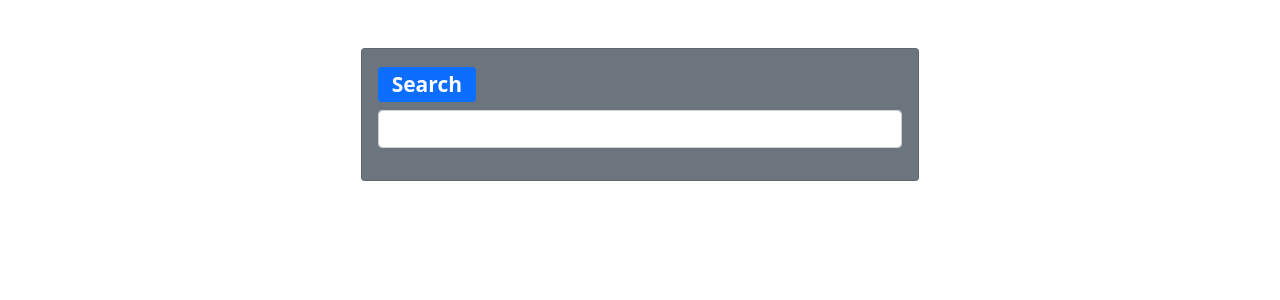
Repository: Hits-95/Spring
Page: http://localhost/SpringMVC_Search/home
The author's editor kept a copy of each file at every save. The page is drawn from the files as they stood at one save, then again after the next save.
The browser window is 1280 px wide. The pictures show the whole page.
The page is served by Tomcat 9.

Above is the page before, as saved 2021-04-10 07:03:12.

After the next save:
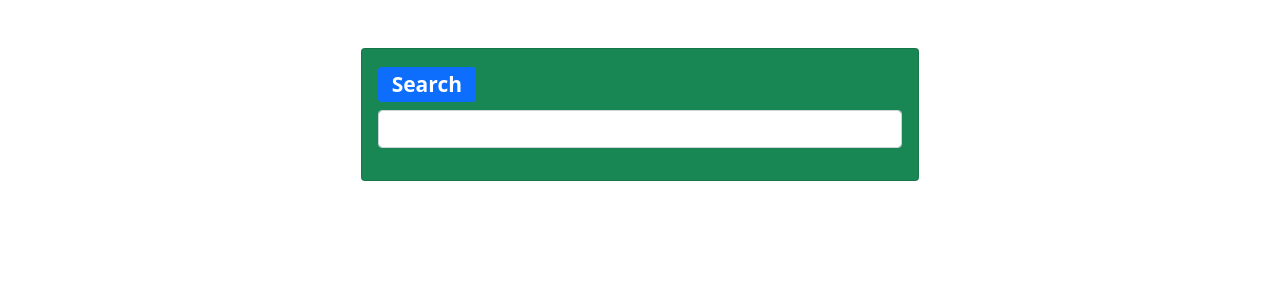
Saved 26 s later.
--- a/SpringMVC_Search/src/main/webapp/WEB-INF/views/home.jsp
+++ b/SpringMVC_Search/src/main/webapp/WEB-INF/views/home.jsp
@@ -9,7 +9,7 @@
 </head>
 <body>
 	<div class="container">
-		<div class="card mx-auto mt-5 bg-secondary" style="width: 50%;">
+		<div class="card mx-auto mt-5 bg-success" style="width: 50%;">
 			<!-- <img src="..." class="card-img-top" alt="..."> -->
 			<div class="card-body">
 				<form action="">
